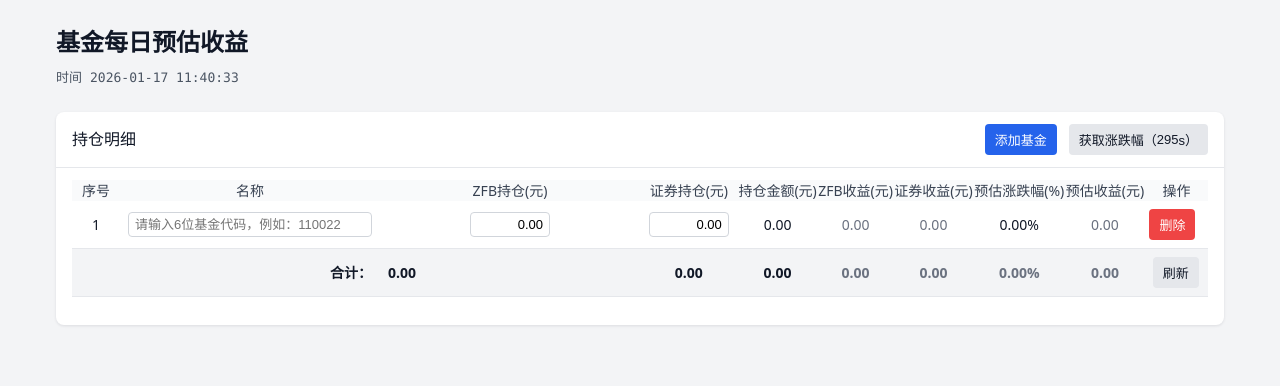
Repository: zt-boom/finance
Page: index.html
These files come from the project's save history. The page is drawn as it stood at one moment and after the next save; the edit follows.
The browser window is 1280 px wide. The pictures show the whole page.

Above is the page before, as saved 2026-01-17 15:37:28.

### index.html
<!DOCTYPE html>
<html lang="zh-CN">
<head>
<meta charset="UTF-8">
<title>基金每日预估收益</title>
<meta name="viewport" content="width=device-width,initial-scale=1">
<link rel="stylesheet" href="./style.css">
</head>
<body>
<div class="app">
<header class="app-header">
<h1>基金每日预估收益</h1>
<div class="date-row">
<span>时间</span>
<span id="current-date"></span>
</div>
</header>
<main class="app-main">
<section class="card">
<div class="card-header">
<h2>持仓明细</h2>
<div class="card-header-actions">
<button id="add-fund-btn" class="primary-button">添加基金</button>
<button id="fetch-percent-btn" class="secondary-button">
获取涨跌幅（<span id="auto-refresh-countdown">300</span>s）
</button>
</div>
</div>
<div class="card-body">
<div class="table-wrapper">
<table class="fund-table">
<thead>
<tr>
<th class="index-col">序号</th>
<th>名称</th>
<th>ZFB持仓(元)</th>
<th>证券持仓(元)</th>
<th>持仓金额(元)</th>
<th>ZFB收益(元)</th>
<th>证券收益(元)</th>
<th>预估涨跌幅(%)</th>
<th>预估收益(元)</th>
<th>操作</th>
</tr>
</thead>
<tbody id="fund-table-body"></tbody>
<tfoot>
<tr class="summary-row">
<td colspan="2">合计：</td>
<td><span id="total-zfb-amount">0.00</span></td>
<td><span id="total-stock-amount">0.00</span></td>
<td><span id="total-amount">0.00</span></td>
<td><span id="total-zfb-profit">0.00</span></td>
<td><span id="total-stock-profit">0.00</span></td>
<td><span id="total-percent">0.00%</span></td>
<td><span id="total-profit">0.00</span></td>
<td><button id="summary-refresh-btn" class="secondary-button">刷新</button></td>
</tr>
</tfoot>
</table>
</div>
</div>
</section>
</main>
</div>
<script src="./main.js"></script>
</body>
</html>

### style.css
* {
box-sizing: border-box;
margin: 0;
padding: 0;
}

body {
font-family: system-ui, -apple-system, BlinkMacSystemFont, "Segoe UI", sans-serif;
background-color: #f3f4f6;
color: #111827;
line-height: 1.5;
}

.app {
max-width: 1200px;
margin: 0 auto;
padding: 24px 16px 40px;
}

.app-header {
display: flex;
flex-direction: column;
gap: 8px;
margin-bottom: 24px;
}

.app-header h1 {
font-size: 24px;
font-weight: 600;
color: #111827;
}

.date-row {
display: flex;
gap: 8px;
align-items: center;
font-size: 13px;
color: #4b5563;
}

.date-row span:last-child {
font-family: ui-monospace, SFMono-Regular, Menlo, Monaco, Consolas, "Liberation Mono", "Courier New", monospace;
font-variant-numeric: tabular-nums;
}

.app-main {
display: flex;
flex-direction: column;
gap: 16px;
}

.card {
background-color: #ffffff;
border-radius: 8px;
box-shadow: 0 1px 3px rgba(15, 23, 42, 0.1);
overflow: hidden;
}

.card-header {
display: flex;
justify-content: space-between;
align-items: center;
padding: 12px 16px;
border-bottom: 1px solid #e5e7eb;
}

.card-header h2 {
font-size: 16px;
font-weight: 500;
}

.card-header-actions {
display: flex;
align-items: center;
gap: 12px;
}

.card-body {
padding: 12px 16px 16px;
}

.table-wrapper {
overflow-x: auto;
margin-bottom: 12px;
}

.fund-table {
width: 100%;
border-collapse: collapse;
font-size: 14px;
}

.fund-table td {
border-bottom: 1px solid #e5e7eb;
padding: 8px;
text-align: left;
}

.fund-table th.index-col,
.fund-table td[data-role="row-index"] {
width: 48px;
text-align: center;
cursor: grab;
}

.fund-table td:nth-child(3),
.fund-table td:nth-child(4),
.fund-table td:nth-child(5),
.fund-table td:nth-child(6),
.fund-table td:nth-child(7),
.fund-table td:nth-child(8),
.fund-table td:nth-child(9) {
text-align: center;
white-space: nowrap;
}

.fund-table thead {
background-color: #f9fafb;
}

.fund-table th {
font-weight: 500;
color: #374151;
text-align: center;
}

.fund-table tbody tr:nth-child(even) {
background-color: #f9fafb;
}

.fund-table tbody tr:hover {
background-color: #eef2ff;
}

.fund-table tr.dragging {
opacity: 0.7;
}

.fund-table input {
width: 100%;
padding: 4px 6px;
font-size: 13px;
border-radius: 4px;
border: 1px solid #d1d5db;
outline: none;
text-align: right;
}

.fund-table input.narrow-number-input {
width: 80px;
margin: 0 auto;
}

.fund-table td:nth-child(2) input {
text-align: left;
}

.fund-table th:nth-child(2),
.fund-table td:nth-child(2) {
width: 260px;
}

.fund-table th:nth-child(10),
.fund-table td:nth-child(10) {
padding-left: 0;
text-align: center;
}

.fund-table input[type="number"]::-webkit-outer-spin-button,
.fund-table input[type="number"]::-webkit-inner-spin-button {
-webkit-appearance: none;
margin: 0;
}

.fund-table input[type="number"] {
-moz-appearance: textfield;
}

.fund-table input:focus {
border-color: #2563eb;
box-shadow: 0 0 0 1px rgba(37, 99, 235, 0.2);
}

.value-positive {
color: #ef4444;
}

.value-negative {
color: #10b981;
}

.value-zero {
color: #6b7280;
}

.summary-row td {
font-weight: 600;
color: #111827;
background-color: #f3f4f6;
}

.summary-row td:first-child {
text-align: right;
padding-right: 8px;
}

.summary-items {
display: flex;
flex-wrap: wrap;
gap: 4px 16px;
justify-content: flex-end;
align-items: center;
}

#auto-refresh-countdown {
display: inline-block;
width: 3ch;
text-align: right;
}

.summary-items span {
font-weight: 500;
white-space: nowrap;
}

.summary-left {
display: flex;
flex-wrap: wrap;
gap: 4px 16px;
align-items: center;
}

.summary-items span strong {
font-size: 18px;
margin-left: 4px;
font-family: ui-monospace, SFMono-Regular, Menlo, Monaco, Consolas, "Liberation Mono", "Courier New", monospace;
}

#total-amount {
color: #111827;
}

.primary-button,
.secondary-button,
.danger-button {
border-radius: 4px;
border: none;
cursor: pointer;
font-size: 13px;
padding: 6px 10px;
display: flex;
align-items: center;
justify-content: center;
}

.primary-button {
background-color: #2563eb;
color: #ffffff;
}

.primary-button:hover {
background-color: #1d4ed8;
}

.secondary-button {
background-color: #e5e7eb;
color: #111827;
}

.secondary-button:hover {
background-color: #d1d5db;
}

.danger-button {
background-color: #ef4444;
color: #ffffff;
margin: 0 auto;
}

.danger-button:hover {
background-color: #dc2626;
}

.actions-row {
display: none;
}

.instructions {
font-size: 13px;
color: #4b5563;
}

.instructions ol {
padding-left: 18px;
display: flex;
flex-direction: column;
gap: 4px;
}

@media (max-width: 640px) {
.app {
padding-inline: 12px;
}
.card-header {
flex-direction: column;
gap: 8px;
align-items: flex-start;
}
}

### main.js
const STORAGE_KEY = "fund_holdings_v1";
let dragSourceRow = null;

function handleRowDragStart(event) {
const cell = event.currentTarget;
const row = cell.parentElement;
dragSourceRow = row;
row.classList.add("dragging");
if (event.dataTransfer) {
event.dataTransfer.effectAllowed = "move";
event.dataTransfer.setData("text/plain", "");
}
}

function handleRowDragOver(event) {
event.preventDefault();
if (event.dataTransfer) {
event.dataTransfer.dropEffect = "move";
}
}

function handleRowDrop(event) {
event.preventDefault();
const targetCell = event.currentTarget;
const targetRow = targetCell.parentElement;
if (!dragSourceRow || dragSourceRow === targetRow) {
return;
}
const tbody = targetRow.parentElement;
const rows = Array.from(tbody.querySelectorAll('tr[data-role="fund-row"]'));
const sourceIndex = rows.indexOf(dragSourceRow);
const targetIndex = rows.indexOf(targetRow);
if (sourceIndex === -1 || targetIndex === -1) {
return;
}
if (sourceIndex < targetIndex) {
tbody.insertBefore(dragSourceRow, targetRow.nextSibling);
} else {
tbody.insertBefore(dragSourceRow, targetRow);
}
}

function handleRowDragEnd() {
const rows = document.querySelectorAll('tr[data-role="fund-row"]');
rows.forEach(row => {
row.classList.remove("dragging");
});
dragSourceRow = null;
updateRowIndices();
handleStorageUpdate();
calculateProfit();
}

function formatCurrency(value) {
if (Number.isNaN(value)) return "0.00";
return value.toFixed(2);
}

function formatNumber(value) {
if (Number.isNaN(value)) return "";
return value.toFixed(2);
}

function getTodayDateString() {
const now = new Date();
const year = String(now.getFullYear());
const month = String(now.getMonth() + 1).padStart(2, "0");
const day = String(now.getDate()).padStart(2, "0");
const hours = String(now.getHours()).padStart(2, "0");
const minutes = String(now.getMinutes()).padStart(2, "0");
const seconds = String(now.getSeconds()).padStart(2, "0");
return `${year}-${month}-${day} ${hours}:${minutes}:${seconds}`;
}

const fundJsonpRequests = [];

function ensureJsonpHandler() {
if (window._fundJsonpInitialized) {
return;
}
window._fundJsonpInitialized = true;
window.jsonpgz = function (data) {
if (!data || !data.fundcode) {
return;
}
const code = data.fundcode;
while (true) {
let index = -1;
for (let i = 0; i < fundJsonpRequests.length; i += 1) {
if (fundJsonpRequests[i].code === code) {
index = i;
break;
}
}
if (index === -1) {
break;
}
const request = fundJsonpRequests.splice(index, 1)[0];
try {
const value = request.transform ? request.transform(data) : data;
request.resolve(value);
} catch (e) {
if (request.reject) {
if (e instanceof Error) {
request.reject(e);
} else {
request.reject(new Error("解析基金数据失败"));
}
}
}
}
};
}

function fetchFundEstimate(code) {
return new Promise((resolve, reject) => {
if (!code) {
reject(new Error("缺少基金代码"));
return;
}
ensureJsonpHandler();
fundJsonpRequests.push({
code,
resolve,
reject,
transform: data => {
const percent = parseFloat(data.gszzl);
if (Number.isNaN(percent)) {
throw new Error("无效的涨跌幅数据");
}
return percent;
}
});
const script = document.createElement("script");
script.src = `https://fundgz.1234567.com.cn/js/${code}.js?rt=${Date.now()}`;
script.onerror = () => {
for (let i = 0; i < fundJsonpRequests.length; i += 1) {
if (fundJsonpRequests[i].code === code) {
const request = fundJsonpRequests.splice(i, 1)[0];
request.reject(new Error("获取基金数据失败"));
break;
}
}
};
document.body.appendChild(script);
});
}

function fetchFundInfo(code) {
return new Promise((resolve, reject) => {
if (!code) {
reject(new Error("缺少基金代码"));
return;
}
ensureJsonpHandler();
fundJsonpRequests.push({
code,
resolve,
reject,
transform: data => data
});
const script = document.createElement("script");
script.src = `https://fundgz.1234567.com.cn/js/${code}.js?rt=${Date.now()}`;
script.onerror = () => {
for (let i = 0; i < fundJsonpRequests.length; i += 1) {
if (fundJsonpRequests[i].code === code) {
const request = fundJsonpRequests.splice(i, 1)[0];
request.reject(new Error("获取基金数据失败"));
break;
}
}
};
document.body.appendChild(script);
});
}

function parseFundCodeFromName(name) {
if (!name) return null;
const match = name.match(/(\d{6})/);
if (!match) {
return null;
}
return match[1];
}

function loadHoldingsFromStorage() {
try {
const raw = window.localStorage.getItem(STORAGE_KEY);
if (!raw) return [];
const parsed = JSON.parse(raw);
if (!Array.isArray(parsed)) return [];
return parsed;
} catch (e) {
return [];
}
}

function saveHoldingsToStorage(holdings) {
try {
const serialized = JSON.stringify(holdings);
window.localStorage.setItem(STORAGE_KEY, serialized);
} catch (e) {
}
}

function createTableRow(fund) {
const tr = document.createElement("tr");
const indexTd = document.createElement("td");
const nameTd = document.createElement("td");
const zfbAmountTd = document.createElement("td");
const stockAmountTd = document.createElement("td");
const amountTd = document.createElement("td");
const zfbProfitTd = document.createElement("td");
const stockProfitTd = document.createElement("td");
const percentTd = document.createElement("td");
const profitTd = document.createElement("td");
const actionsTd = document.createElement("td");
const nameInput = document.createElement("input");
nameInput.type = "text";
nameInput.value = fund.name || "";
nameInput.placeholder = "请输入6位基金代码，例如：110022";
nameInput.addEventListener("change", handleStorageUpdate);
nameInput.addEventListener("keydown", event => {
if (event.key === "Enter") {
event.preventDefault();
const raw = nameInput.value.trim();
const code = parseFundCodeFromName(raw);
if (!code) {
window.alert("请先输入6位基金代码");
return;
}
const rows = document.querySelectorAll('tr[data-role="fund-row"]');
let duplicate = false;
rows.forEach(row => {
const inputs = row.querySelectorAll("input");
const otherNameInput = inputs[0];
if (!otherNameInput || otherNameInput === nameInput) {
return;
}
const otherCode = parseFundCodeFromName(otherNameInput.value.trim());
if (otherCode && otherCode === code) {
duplicate = true;
}
});
if (duplicate) {
window.alert("该基金代码已存在，请不要重复添加");
return;
}
nameInput.disabled = true;
fetchFundInfo(code).then(data => {
nameInput.disabled = false;
if (!data || !data.name) {
window.alert("未能获取基金名称，请检查基金代码");
return;
}
nameInput.value = `${code}  ${data.name}`;
handleStorageUpdate();
}).catch(() => {
nameInput.disabled = false;
window.alert("未能获取基金名称，请检查基金代码或网络连接");
});
}
});
const zfbInput = document.createElement("input");
zfbInput.type = "number";
zfbInput.step = "0.01";
zfbInput.min = "0";
zfbInput.value = fund.zfbAmount != null ? formatCurrency(Number(fund.zfbAmount)) : "0.00";
zfbInput.addEventListener("blur", () => {
const value = parseFloat(zfbInput.value);
const normalized = Number.isNaN(value) ? 0 : value;
zfbInput.value = formatCurrency(normalized);
});
zfbInput.addEventListener("input", () => {
calculateProfit();
});
zfbInput.addEventListener("change", () => {
handleStorageUpdate();
calculateProfit();
});
zfbInput.className = "narrow-number-input";
const stockInput = document.createElement("input");
stockInput.type = "number";
stockInput.step = "0.01";
stockInput.min = "0";
stockInput.value = fund.stockAmount != null ? formatCurrency(Number(fund.stockAmount)) : "0.00";
stockInput.addEventListener("blur", () => {
const value = parseFloat(stockInput.value);
const normalized = Number.isNaN(value) ? 0 : value;
stockInput.value = formatCurrency(normalized);
});
stockInput.addEventListener("input", () => {
calculateProfit();
});
stockInput.addEventListener("change", () => {
handleStorageUpdate();
calculateProfit();
});
stockInput.className = "narrow-number-input";
const amountSpan = document.createElement("span");
amountSpan.dataset.role = "amount-display";
amountSpan.textContent = "0.00";
const zfbProfitSpan = document.createElement("span");
zfbProfitSpan.textContent = "0.00";
const stockProfitSpan = document.createElement("span");
stockProfitSpan.textContent = "0.00";
const percentSpan = document.createElement("span");
percentSpan.textContent = "0.00%";
const profitSpan = document.createElement("span");
profitSpan.textContent = "0.00";
const deleteButton = document.createElement("button");
deleteButton.textContent = "删除";
deleteButton.className = "danger-button";
deleteButton.addEventListener("click", () => {
const inputs = tr.querySelectorAll("input");
const nameValue = inputs[0] ? inputs[0].value.trim() : "";
const zfbValue = inputs[1] ? inputs[1].value.trim() : "";
const stockValue = inputs[2] ? inputs[2].value.trim() : "";
const isEmptyRow = !nameValue && !zfbValue && !stockValue;
if (!isEmptyRow) {
const confirmed = window.confirm("确定要删除这条持仓记录吗？");
if (!confirmed) {
return;
}
}
tr.remove();
handleStorageUpdate();
calculateProfit();
updateRowIndices();
});
indexTd.dataset.role = "row-index";
indexTd.draggable = true;
indexTd.addEventListener("dragstart", handleRowDragStart);
indexTd.addEventListener("dragover", handleRowDragOver);
indexTd.addEventListener("drop", handleRowDrop);
indexTd.addEventListener("dragend", handleRowDragEnd);
zfbProfitTd.dataset.role = "zfb-profit-cell";
stockProfitTd.dataset.role = "stock-profit-cell";
percentTd.dataset.role = "percent-cell";
profitTd.dataset.role = "profit-cell";
nameTd.appendChild(nameInput);
zfbAmountTd.appendChild(zfbInput);
stockAmountTd.appendChild(stockInput);
amountTd.appendChild(amountSpan);
zfbProfitTd.appendChild(zfbProfitSpan);
stockProfitTd.appendChild(stockProfitSpan);
percentTd.appendChild(percentSpan);
profitTd.appendChild(profitSpan);
actionsTd.appendChild(deleteButton);
tr.appendChild(indexTd);
tr.appendChild(nameTd);
tr.appendChild(zfbAmountTd);
tr.appendChild(stockAmountTd);
tr.appendChild(amountTd);
tr.appendChild(zfbProfitTd);
tr.appendChild(stockProfitTd);
tr.appendChild(percentTd);
tr.appendChild(profitTd);
tr.appendChild(actionsTd);
tr.dataset.role = "fund-row";
return tr;
}

function readHoldingsFromTable() {
const rows = document.querySelectorAll('tr[data-role="fund-row"]');
const holdings = [];
rows.forEach(row => {
const inputs = row.querySelectorAll("input");
const nameInput = inputs[0];
const zfbInput = inputs[1];
const stockInput = inputs[2];
const name = nameInput.value.trim();
const zfbAmount = parseFloat(zfbInput.value);
const stockAmount = parseFloat(stockInput.value);
const hasZfb = !Number.isNaN(zfbAmount) && zfbAmount > 0;
const hasStock = !Number.isNaN(stockAmount) && stockAmount > 0;
if (!name && !hasZfb && !hasStock) {
return;
}
holdings.push({
name,
zfbAmount: hasZfb ? zfbAmount : 0,
stockAmount: hasStock ? stockAmount : 0
});
});
return holdings;
}

function handleStorageUpdate() {
const holdings = readHoldingsFromTable();
saveHoldingsToStorage(holdings);
}

function populateTableFromStorage() {
const tbody = document.getElementById("fund-table-body");
tbody.innerHTML = "";
const holdings = loadHoldingsFromStorage();
if (holdings.length === 0) {
const row = createTableRow({ name: "", zfbAmount: null, stockAmount: null });
tbody.appendChild(row);
updateRowIndices();
calculateProfit();
return;
}
holdings.forEach(fund => {
const row = createTableRow({
name: fund.name || "",
zfbAmount: fund.zfbAmount != null ? fund.zfbAmount : null,
stockAmount: fund.stockAmount != null ? fund.stockAmount : null
});
tbody.appendChild(row);
});
updateRowIndices();
calculateProfit();
}

function calculateProfit() {
const rows = document.querySelectorAll('tr[data-role="fund-row"]');
let totalZfbAmount = 0;
let totalStockAmount = 0;
let totalZfbProfit = 0;
let totalStockProfit = 0;
let totalProfit = 0;
let totalHoldingAmount = 0;
rows.forEach(row => {
const inputs = row.querySelectorAll("input");
const zfbInput = inputs[1];
const stockInput = inputs[2];
const amountSpan = row.querySelector('span[data-role="amount-display"]');
const percentCell = row.querySelector('td[data-role="percent-cell"] span');
const profitCell = row.querySelector('td[data-role="profit-cell"] span');
const zfbProfitCell = row.querySelector('td[data-role="zfb-profit-cell"] span');
const stockProfitCell = row.querySelector('td[data-role="stock-profit-cell"] span');
const zfbAmount = zfbInput ? parseFloat(zfbInput.value) : NaN;
const stockAmount = stockInput ? parseFloat(stockInput.value) : NaN;
const normalizedZfb = Number.isNaN(zfbAmount) ? 0 : zfbAmount;
const normalizedStock = Number.isNaN(stockAmount) ? 0 : stockAmount;
const amount = normalizedZfb + normalizedStock;
const percent = percentCell ? parseFloat(percentCell.textContent) : NaN;
totalZfbAmount += normalizedZfb;
totalStockAmount += normalizedStock;
if (amountSpan) {
amountSpan.textContent = formatCurrency(amount);
}
if (amount > 0) {
totalHoldingAmount += amount;
}
if (amount <= 0 || Number.isNaN(percent)) {
if (zfbProfitCell) {
zfbProfitCell.textContent = "0.00";
applyProfitColor(zfbProfitCell, 0);
}
if (stockProfitCell) {
stockProfitCell.textContent = "0.00";
applyProfitColor(stockProfitCell, 0);
}
if (profitCell) {
profitCell.textContent = "0.00";
applyProfitColor(profitCell, 0);
}
return;
}
const zfbProfit = normalizedZfb * percent / 100;
const stockProfit = normalizedStock * percent / 100;
const profit = zfbProfit + stockProfit;
totalZfbProfit += zfbProfit;
totalStockProfit += stockProfit;
totalProfit += profit;
if (zfbProfitCell) {
zfbProfitCell.textContent = formatCurrency(zfbProfit);
applyProfitColor(zfbProfitCell, zfbProfit);
}
if (stockProfitCell) {
stockProfitCell.textContent = formatCurrency(stockProfit);
applyProfitColor(stockProfitCell, stockProfit);
}
if (profitCell) {
profitCell.textContent = formatCurrency(profit);
applyProfitColor(profitCell, profit);
}
});
const totalZfbAmountElement = document.getElementById("total-zfb-amount");
if (totalZfbAmountElement) {
totalZfbAmountElement.textContent = formatCurrency(totalZfbAmount);
}
const totalStockAmountElement = document.getElementById("total-stock-amount");
if (totalStockAmountElement) {
totalStockAmountElement.textContent = formatCurrency(totalStockAmount);
}
const totalAmountElement = document.getElementById("total-amount");
if (totalAmountElement) {
totalAmountElement.textContent = formatCurrency(totalHoldingAmount);
}
const totalPercentElement = document.getElementById("total-percent");
if (totalPercentElement) {
const totalPercent = totalHoldingAmount > 0 ? (totalProfit / totalHoldingAmount) * 100 : 0;
totalPercentElement.textContent = `${formatNumber(totalPercent)}%`;
applyProfitColor(totalPercentElement, totalPercent);
}
const totalZfbProfitElement = document.getElementById("total-zfb-profit");
if (totalZfbProfitElement) {
totalZfbProfitElement.textContent = formatCurrency(totalZfbProfit);
applyProfitColor(totalZfbProfitElement, totalZfbProfit);
}
const totalStockProfitElement = document.getElementById("total-stock-profit");
if (totalStockProfitElement) {
totalStockProfitElement.textContent = formatCurrency(totalStockProfit);
applyProfitColor(totalStockProfitElement, totalStockProfit);
}
const totalProfitElement = document.getElementById("total-profit");
totalProfitElement.textContent = formatCurrency(totalProfit);
applyProfitColor(totalProfitElement, totalProfit);
}

function autoFetchPercentages(options) {
const useButton = !options || options.useButton !== false;
const showAlert = !options || options.showAlert !== false;
const rows = document.querySelectorAll('tr[data-role="fund-row"]');
const promises = [];
rows.forEach(row => {
const inputs = row.querySelectorAll("input");
const nameInput = inputs[0];
const name = nameInput ? nameInput.value.trim() : "";
const code = parseFundCodeFromName(name);
if (!code) {
return;
}
const percentCell = row.querySelector('td[data-role="percent-cell"] span');
if (!percentCell) {
return;
}
const promise = fetchFundEstimate(code).then(percent => {
const value = formatNumber(percent);
percentCell.textContent = `${value}%`;
return true;
}).catch(() => false);
promises.push(promise);
});
if (promises.length === 0) {
if (showAlert) {
window.alert("请先在名称中输入包含6位基金代码的内容");
}
return;
}
const fetchButton = useButton ? document.getElementById("fetch-percent-btn") : null;
if (fetchButton) {
fetchButton.disabled = true;
}
Promise.all(promises).then(results => {
const successCount = results.filter(Boolean).length;
if (fetchButton) {
fetchButton.disabled = false;
}
if (successCount === 0) {
if (showAlert) {
window.alert("未能获取任何基金的预估涨跌幅，请检查基金代码或网络连接");
}
return;
}
calculateProfit();
});
}

function applyProfitColor(element, value) {
if (!element) {
return;
}
element.classList.remove("value-positive", "value-negative", "value-zero");
if (Number.isNaN(value)) {
return;
}
if (value > 0) {
element.classList.add("value-positive");
} else if (value < 0) {
element.classList.add("value-negative");
} else {
element.classList.add("value-zero");
}
}

function initApp() {
const dateElement = document.getElementById("current-date");
if (dateElement) {
dateElement.textContent = getTodayDateString();
}
populateTableFromStorage();
const addFundButton = document.getElementById("add-fund-btn");
const fetchPercentButton = document.getElementById("fetch-percent-btn");
const summaryRefreshButton = document.getElementById("summary-refresh-btn");
const countdownElement = document.getElementById("auto-refresh-countdown");
const autoRefreshSeconds = 300;
let remainingSeconds = autoRefreshSeconds;
function updateCountdown() {
if (countdownElement) {
countdownElement.textContent = String(remainingSeconds);
}
}
function resetCountdown() {
remainingSeconds = autoRefreshSeconds;
updateCountdown();
}
updateCountdown();
if (addFundButton) {
addFundButton.addEventListener("click", () => {
const tbody = document.getElementById("fund-table-body");
const row = createTableRow({ name: "", amount: null });
tbody.appendChild(row);
updateRowIndices();
});
}
if (fetchPercentButton) {
fetchPercentButton.addEventListener("click", () => {
autoFetchPercentages({ useButton: true, showAlert: true });
resetCountdown();
});
}
if (summaryRefreshButton) {
summaryRefreshButton.addEventListener("click", () => {
autoFetchPercentages({ useButton: true, showAlert: true });
resetCountdown();
});
}
if (dateElement) {
setInterval(() => {
dateElement.textContent = getTodayDateString();
}, 1000);
}
setInterval(() => {
remainingSeconds -= 1;
if (remainingSeconds <= 0) {
autoFetchPercentages({ useButton: false, showAlert: false });
remainingSeconds = autoRefreshSeconds;
}
updateCountdown();
}, 1000);
}

function updateRowIndices() {
const rows = document.querySelectorAll('tr[data-role="fund-row"]');
rows.forEach((row, index) => {
const indexCell = row.querySelector('td[data-role="row-index"]');
if (indexCell) {
indexCell.textContent = String(index + 1);
}
});
}

if (document.readyState === "loading") {
document.addEventListener("DOMContentLoaded", initApp);
} else {
initApp();
}

After the next save:
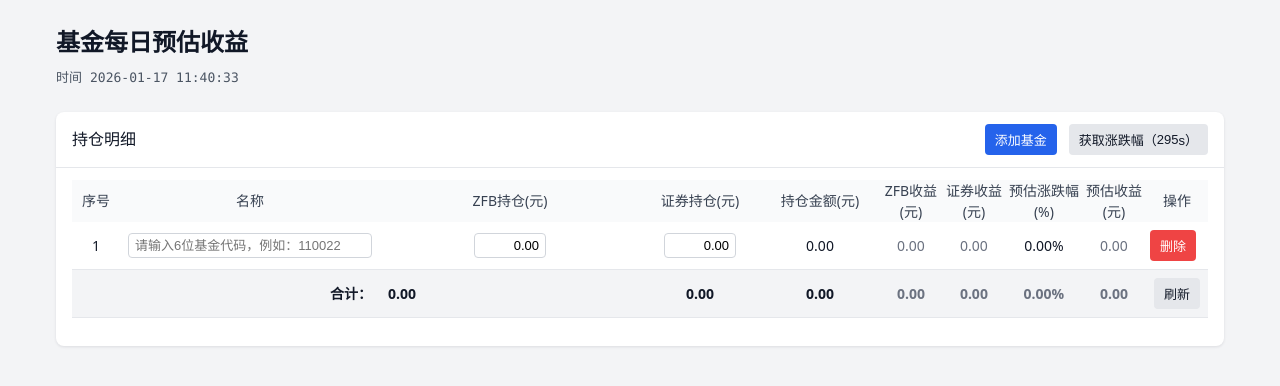
Saved 2 min 25 s later.
--- a/style.css
+++ b/style.css
@@ -147,8 +147,15 @@ text-align: right;
 }
 
 .fund-table input.narrow-number-input {
-width: 80px;
+width: 72px;
 margin: 0 auto;
+}
+
+.fund-table th:nth-child(3),
+.fund-table td:nth-child(3),
+.fund-table th:nth-child(4),
+.fund-table td:nth-child(4) {
+width: 120px;
 }
 
 .fund-table td:nth-child(2) input {
